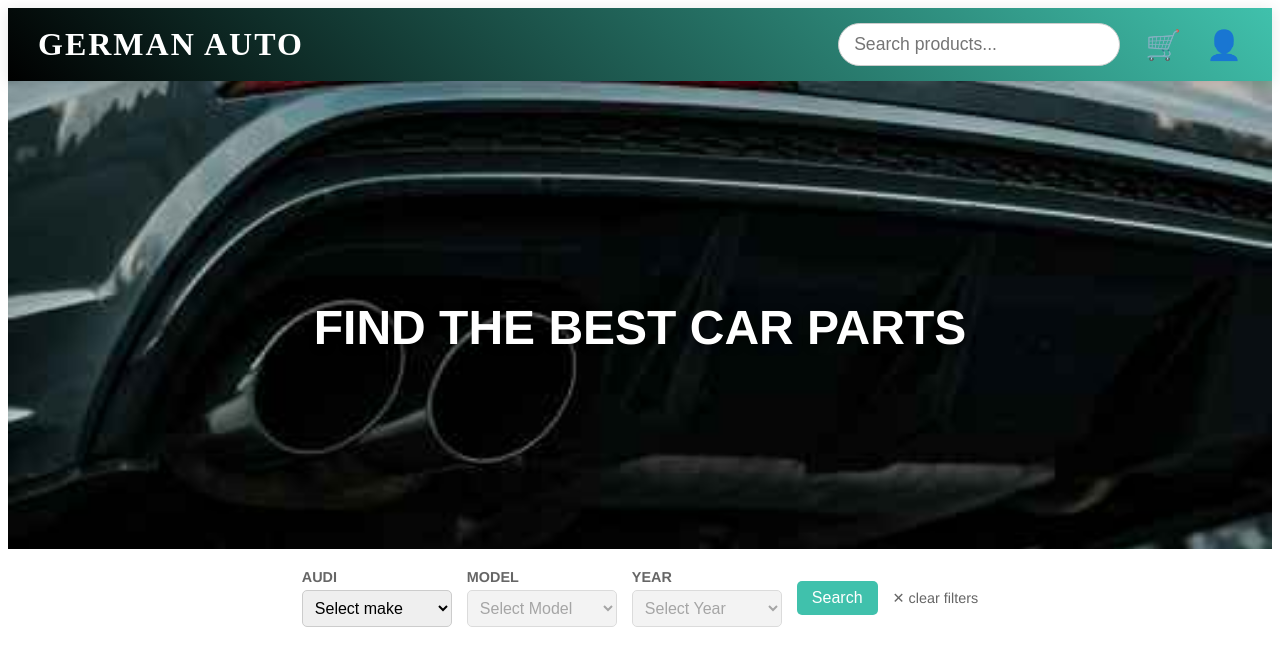
Repository: KalebMalone/The-parts-connection
Page: / (app in client/)
These files come from the project's save history. The page is drawn as it stood at one moment and after a run of saves; the edit follows.
The browser window is 1280 px wide. The pictures show the whole page.
The project was rebuilt for these pictures with package versions that can differ from the ones it lists, and the page was loaded fresh each time. Also part of the build but not shown: client/src/components/category/CategoriesList.jsx, client/src/components/category/CategoryDetails.jsx, client/src/components/category/CategoryProducts.jsx, client/src/components/products/ProductsCard.jsx, client/src/components/products/ProductsContainer.jsx, client/src/components/products/ProductsList.jsx, client/src/components/products/ProductsDetails.jsx, client/src/components/users/profile.jsx and 2 more.

Above is the page before, as saved 2025-01-02 15:16:21.

After the next 3 saves:
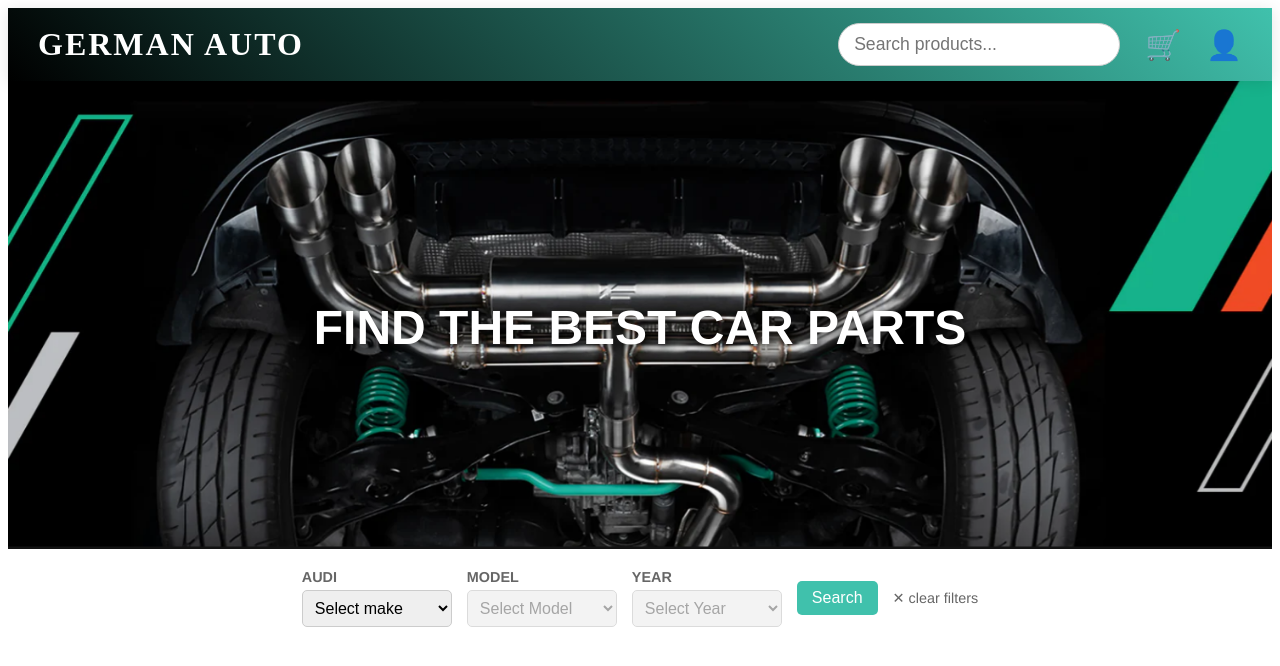
The 3 saves are shown as one change because they came seconds apart.
The last was saved 12 min 3 s later.
--- a/client/src/components/pages/Home.js
+++ b/client/src/components/pages/Home.js
@@ -10,7 +10,7 @@ const Container = styled.div`
 `;
 
 const HeroSection = styled.section`
-  background-image: url('/image/one.png');
+  background-image: url('/image/Main.png');
   background-size: cover;
   background-position: center;
   height: 65vh; /* Adjusted to make form appear higher */
